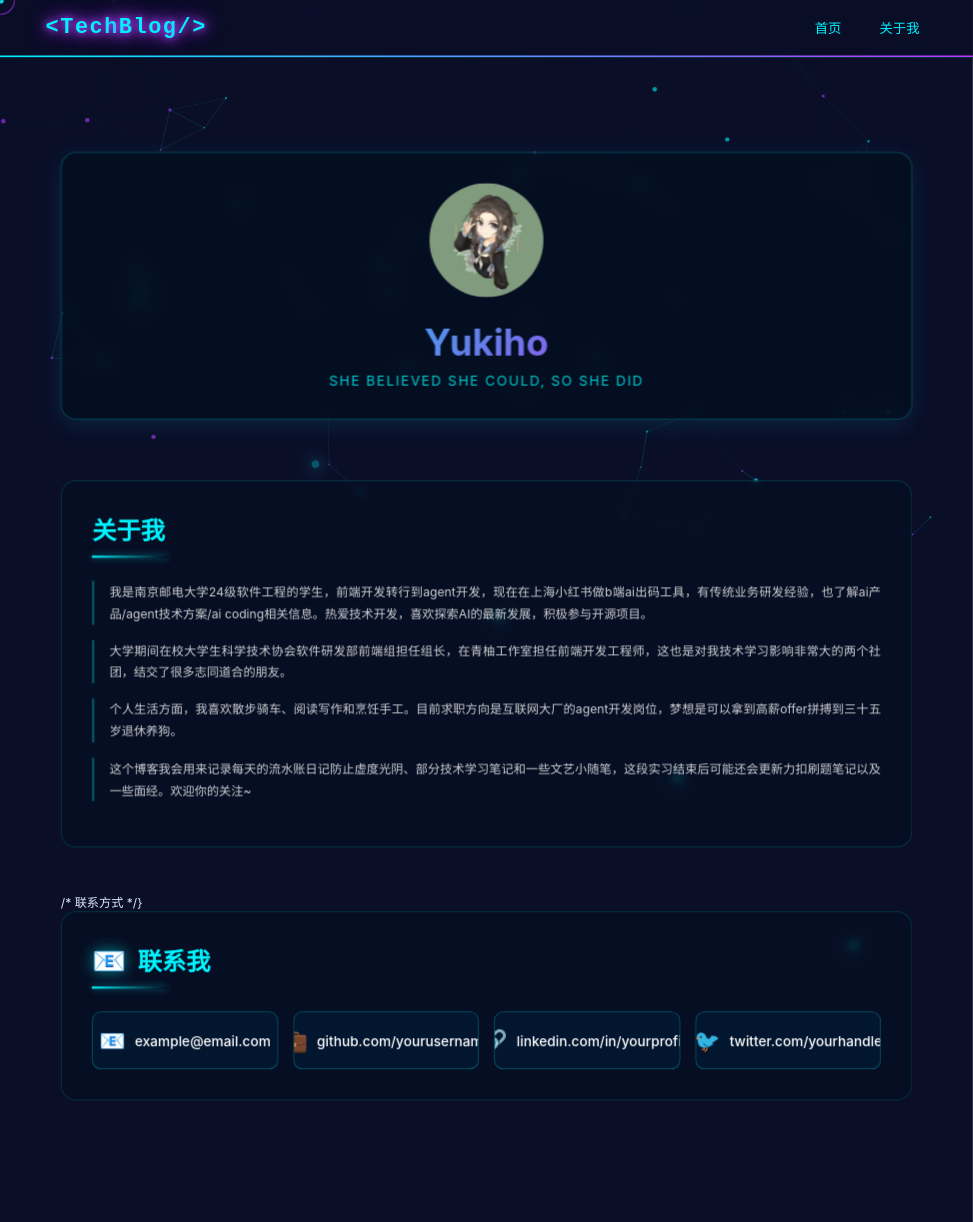
Repository: kyukiho/blog
Page: /about
These files come from the project's save history. The page is drawn as it stood at one moment and after the next save; the edit follows.
The browser window is 1280 px wide. The pictures show the whole page, at 76% of full size.
The project was rebuilt for these pictures with package versions that can differ from the ones it lists, and the page was loaded fresh each time. Also part of the build but not shown: vite.config.js, src/components/BlogList.css, src/components/BlogList.jsx, src/components/BlogDetail.css, src/components/BlogDetail.jsx.

Above is the page before, as saved 2026-03-15 22:12:50.

### index.html
<!DOCTYPE html>
<html lang="zh-CN">
  <head>
    <meta charset="UTF-8" />
    <link rel="icon" type="image/svg+xml" href="/vite.svg" />
    <meta name="viewport" content="width=device-width, initial-scale=1.0" />
    <title>科技博客 - Tech Blog</title>
  </head>
  <body>
    <div id="root"></div>
    <script type="module" src="/src/main.jsx"></script>
  </body>
</html>

### src/App.jsx
import React, { useState, useEffect } from 'react'
import { BrowserRouter as Router, Routes, Route } from 'react-router-dom'
import { motion } from 'framer-motion'
import Header from './components/Header'
import BlogList from './components/BlogList'
import BlogDetail from './components/BlogDetail'
import About from './components/About'
import ParticleBackground from './components/ParticleBackground'
import MouseFollower from './components/MouseFollower'
import './App.css'

function App() {
  return (
    <Router>
      <div className="app">
        <ParticleBackground />
        <MouseFollower />
        <Header />
        <motion.main
          initial={{ opacity: 0 }}
          animate={{ opacity: 1 }}
          transition={{ duration: 0.5 }}
          className="main-content"
        >
          <Routes>
            <Route path="/" element={<BlogList />} />
            <Route path="/blog/:id" element={<BlogDetail />} />
            <Route path="/about" element={<About />} />
          </Routes>
        </motion.main>
      </div>
    </Router>
  )
}

export default App

### src/index.css
* {
  margin: 0;
  padding: 0;
  box-sizing: border-box;
}

:root {
  --bg-primary: #0a0e27;
  --bg-secondary: #151932;
  --text-primary: #e0e6ff;
  --text-secondary: #a0a8cc;
  --accent-cyan: #00f0ff;
  --accent-purple: #b537ff;
  --accent-pink: #ff006e;
  --gradient-1: linear-gradient(135deg, #00f0ff 0%, #b537ff 100%);
  --gradient-2: linear-gradient(135deg, #b537ff 0%, #ff006e 100%);
}

body {
  font-family: -apple-system, BlinkMacSystemFont, 'Segoe UI', 'Roboto', 'Oxygen',
    'Ubuntu', 'Cantarell', 'Fira Sans', 'Droid Sans', 'Helvetica Neue',
    sans-serif;
  -webkit-font-smoothing: antialiased;
  -moz-osx-font-smoothing: grayscale;
  background-color: var(--bg-primary);
  color: var(--text-primary);
  overflow-x: hidden;
}

code {
  font-family: source-code-pro, Menlo, Monaco, Consolas, 'Courier New',
    monospace;
}

a {
  color: var(--accent-cyan);
  text-decoration: none;
  transition: color 0.3s ease;
}

a:hover {
  color: var(--accent-purple);
}

/* Scrollbar Styling */
::-webkit-scrollbar {
  width: 10px;
}

::-webkit-scrollbar-track {
  background: var(--bg-secondary);
}

::-webkit-scrollbar-thumb {
  background: var(--accent-purple);
  border-radius: 5px;
}

::-webkit-scrollbar-thumb:hover {
  background: var(--accent-cyan);
}

/* Selection */
::selection {
  background: var(--accent-purple);
  color: white;
}

/* Code Highlighting */
.hljs {
  background: var(--bg-secondary) !important;
  padding: 1.5rem !important;
  border-radius: 10px;
  overflow-x: auto;
}

### src/components/Header.jsx
import React from 'react'
import { Link } from 'react-router-dom'
import { motion } from 'framer-motion'
import './Header.css'

const Header = () => {
  return (
    <motion.header
      className="header"
      initial={{ y: -100 }}
      animate={{ y: 0 }}
      transition={{ duration: 0.5, type: 'spring' }}
    >
      <div className="header-content">
        <Link to="/" className="logo">
          <motion.span
            className="logo-text glow"
            whileHover={{ scale: 1.05 }}
            whileTap={{ scale: 0.95 }}
          >
            &lt;Tech<span className="logo-accent">Blog</span>/&gt;
          </motion.span>
        </Link>
        <nav className="nav">
          <motion.div
            whileHover={{ scale: 1.1 }}
            whileTap={{ scale: 0.9 }}
          >
            <Link to="/" className="nav-link">首页</Link>
          </motion.div>
          <motion.div
            whileHover={{ scale: 1.1 }}
            whileTap={{ scale: 0.9 }}
          >
            <Link to="/about" className="nav-link">关于我</Link>
          </motion.div>
        </nav>
      </div>
      <div className="header-line"></div>
    </motion.header>
  )
}

export default Header

### src/components/About.jsx
import React, { useState } from 'react'
import { motion } from 'framer-motion'
import './About.css'

const About = () => {

  const containerVariants = {
    hidden: { opacity: 0 },
    visible: {
      opacity: 1,
      transition: {
        staggerChildren: 0.2
      }
    }
  }

  const itemVariants = {
    hidden: { x: -50, opacity: 0 },
    visible: {
      x: 0,
      opacity: 1,
      transition: {
        type: 'spring',
        stiffness: 100
      }
    }
  }


  return (
    <div className="about-container">
      <motion.div
        className="about-content"
        variants={containerVariants}
        initial="hidden"
        animate="visible"
      >
        {/* 个人简介卡片 */}
        <motion.div className="profile-card" variants={itemVariants}>
          <motion.div
            className="profile-avatar"
            whileHover={{ scale: 1.1, rotate: 360 }}
            transition={{ duration: 0.5 }}
          >
            <img
              src="/imgs/touxiang.jpg"
              alt="头像"
              className="avatar-img"
              style={{ width: '100%', height: '100%', borderRadius: '50%' }}
            />
          </motion.div>
          <h1 className="profile-name">
            <motion.span
              initial={{ opacity: 0, y: 20 }}
              animate={{ opacity: 1, y: 0 }}
              transition={{ delay: 0.3 }}
            >
              Yukiho
            </motion.span>
          </h1>
          <p className="profile-title">She believed she could, so she did</p>
        </motion.div>

        {/* 关于我 */}
        <motion.section className="about-section" variants={itemVariants}>
          <h2 className="section-title">
            关于我
          </h2>
          <div className="about-text">
            <p>
              我是南京邮电大学24级软件工程的学生，前端开发转行到agent开发，现在在上海小红书做b端ai出码工具，有传统业务研发经验，也了解ai产品/agent技术方案/ai coding相关信息。热爱技术开发，喜欢探索AI的最新发展，积极参与开源项目。
            </p>
            <p>
              大学期间在校大学生科学技术协会软件研发部前端组担任组长，在青柚工作室担任前端开发工程师，这也是对我技术学习影响非常大的两个社团，结交了很多志同道合的朋友。
            </p>
            <p>
              个人生活方面，我喜欢散步骑车、阅读写作和烹饪手工。目前求职方向是互联网大厂的agent开发岗位，梦想是可以拿到高薪offer拼搏到三十五岁退休养狗。
            </p>
            <p>
              这个博客我会用来记录每天的流水账日记防止虚度光阴、部分技术学习笔记和一些文艺小随笔，这段实习结束后可能还会更新力扣刷题笔记以及一些面经。欢迎你的关注~
            </p>
          </div>
        </motion.section>

        /* 联系方式 */}
          <motion.section className="contact-section" variants={itemVariants}>
            <h2 className="section-title">
              <span className="title-icon">📧</span>
              联系我
            </h2>
            <div className="contact-links">
              {[
                { icon: '📧', text: 'example@email.com', href: 'mailto:example@email.com' },
                { icon: '💼', text: 'github.com/yourusername', href: 'https://github.com/yourusername' },
                { icon: '🔗', text: 'linkedin.com/in/yourprofile', href: 'https://linkedin.com/in/yourprofile' },
                { icon: '🐦', text: 'twitter.com/yourhandle', href: 'https://twitter.com/yourhandle' }
              ].map((link, index) => (
                <motion.a
            key={link.text}
            href={link.href}
            className="contact-link"
            whileHover={{ scale: 1.15, y: -5 }}
            whileTap={{ scale: 0.95 }}
            initial={{ opacity: 0, y: 20 }}
            animate={{ opacity: 1, y: 0 }}
            transition={{ delay: 0.7 + index * 0.1 }}
            target="_blank"
            rel="noopener noreferrer"
                >
            <span className="contact-icon">{link.icon}</span>
            <span className="contact-text">{link.text}</span>
                </motion.a>
              ))}
            </div>
          </motion.section>
              </motion.div>

              {/* 装饰性动画元素 */}
      <div className="decorative-elements">
        {[...Array(5)].map((_, i) => (
          <motion.div
            key={i}
            className="floating-element"
            animate={{
              y: [0, -30, 0],
              x: [0, 15, 0],
              rotate: [0, 180, 360]
            }}
            transition={{
              duration: 5 + i,
              repeat: Infinity,
              ease: 'easeInOut',
              delay: i * 0.5
            }}
            style={{
              left: `${10 + i * 20}%`,
              top: `${20 + i * 15}%`
            }}
          />
        ))}
      </div>
    </div>
  )
}

export default About

### src/components/ParticleBackground.jsx
import React, { useEffect, useRef } from 'react'
import './ParticleBackground.css'

const ParticleBackground = () => {
  const canvasRef = useRef(null)

  useEffect(() => {
    const canvas = canvasRef.current
    const ctx = canvas.getContext('2d')
    let animationFrameId
    let particles = []

    // 设置画布大小
    const resizeCanvas = () => {
      canvas.width = window.innerWidth
      canvas.height = window.innerHeight
    }
    resizeCanvas()
    window.addEventListener('resize', resizeCanvas)

    // 粒子类
    class Particle {
      constructor() {
        this.x = Math.random() * canvas.width
        this.y = Math.random() * canvas.height
        this.size = Math.random() * 2 + 1
        this.speedX = Math.random() * 0.5 - 0.25
        this.speedY = Math.random() * 0.5 - 0.25
        this.color = Math.random() > 0.5 ? '#00f0ff' : '#b537ff'
      }

      update() {
        this.x += this.speedX
        this.y += this.speedY

        if (this.x > canvas.width) this.x = 0
        if (this.x < 0) this.x = canvas.width
        if (this.y > canvas.height) this.y = 0
        if (this.y < 0) this.y = canvas.height
      }

      draw() {
        ctx.fillStyle = this.color
        ctx.beginPath()
        ctx.arc(this.x, this.y, this.size, 0, Math.PI * 2)
        ctx.fill()
      }
    }

    // 初始化粒子
    const initParticles = () => {
      particles = []
      const particleCount = Math.floor((canvas.width * canvas.height) / 15000)
      for (let i = 0; i < particleCount; i++) {
        particles.push(new Particle())
      }
    }
    initParticles()

    // 连接粒子
    const connectParticles = () => {
      for (let i = 0; i < particles.length; i++) {
        for (let j = i + 1; j < particles.length; j++) {
          const dx = particles[i].x - particles[j].x
          const dy = particles[i].y - particles[j].y
          const distance = Math.sqrt(dx * dx + dy * dy)

          if (distance < 120) {
            ctx.strokeStyle = `rgba(0, 240, 255, ${1 - distance / 120})`
            ctx.lineWidth = 0.5
            ctx.beginPath()
            ctx.moveTo(particles[i].x, particles[i].y)
            ctx.lineTo(particles[j].x, particles[j].y)
            ctx.stroke()
          }
        }
      }
    }

    // 动画循环
    const animate = () => {
      ctx.clearRect(0, 0, canvas.width, canvas.height)

      particles.forEach(particle => {
        particle.update()
        particle.draw()
      })

      connectParticles()
      animationFrameId = requestAnimationFrame(animate)
    }
    animate()

    return () => {
      window.removeEventListener('resize', resizeCanvas)
      cancelAnimationFrame(animationFrameId)
    }
  }, [])

  return <canvas ref={canvasRef} className="particle-canvas" />
}

export default ParticleBackground

### src/components/MouseFollower.jsx
import React, { useEffect, useRef } from 'react'
import './MouseFollower.css'

const MouseFollower = () => {
  const followerRef = useRef(null)
  const cursorRef = useRef(null)
  const mousePos = useRef({ x: 0, y: 0 })
  const followerPos = useRef({ x: 0, y: 0 })

  useEffect(() => {
    const handleMouseMove = (e) => {
      mousePos.current = { x: e.clientX, y: e.clientY }

      if (cursorRef.current) {
        cursorRef.current.style.left = `${e.clientX}px`
        cursorRef.current.style.top = `${e.clientY}px`
      }
    }

    const animate = () => {
      // 平滑跟随效果
      followerPos.current.x += (mousePos.current.x - followerPos.current.x) * 0.1
      followerPos.current.y += (mousePos.current.y - followerPos.current.y) * 0.1

      if (followerRef.current) {
        followerRef.current.style.left = `${followerPos.current.x}px`
        followerRef.current.style.top = `${followerPos.current.y}px`
      }

      requestAnimationFrame(animate)
    }

    window.addEventListener('mousemove', handleMouseMove)
    animate()

    // 鼠标悬停在可点击元素上时的效果
    const handleMouseEnter = () => {
      if (followerRef.current) {
        followerRef.current.style.transform = 'translate(-50%, -50%) scale(1.5)'
      }
    }

    const handleMouseLeave = () => {
      if (followerRef.current) {
        followerRef.current.style.transform = 'translate(-50%, -50%) scale(1)'
      }
    }

    const clickableElements = document.querySelectorAll('a, button, .blog-card')
    clickableElements.forEach(el => {
      el.addEventListener('mouseenter', handleMouseEnter)
      el.addEventListener('mouseleave', handleMouseLeave)
    })

    return () => {
      window.removeEventListener('mousemove', handleMouseMove)
      clickableElements.forEach(el => {
        el.removeEventListener('mouseenter', handleMouseEnter)
        el.removeEventListener('mouseleave', handleMouseLeave)
      })
    }
  }, [])

  return (
    <>
      <div ref={cursorRef} className="mouse-cursor"></div>
      <div ref={followerRef} className="mouse-follower"></div>
    </>
  )
}

export default MouseFollower

### src/App.css
.app {
  min-height: 100vh;
  position: relative;
}

.main-content {
  position: relative;
  z-index: 10;
  max-width: 1200px;
  margin: 0 auto;
  padding: 100px 20px 50px;
}

/* Glowing effect */
.glow {
  animation: glow 2s ease-in-out infinite alternate;
}

@keyframes glow {
  from {
    text-shadow: 0 0 5px #00f0ff, 0 0 10px #00f0ff, 0 0 15px #00f0ff;
  }
  to {
    text-shadow: 0 0 10px #b537ff, 0 0 20px #b537ff, 0 0 30px #b537ff;
  }
}

/* Hover effects */
.hover-lift {
  transition: transform 0.3s ease, box-shadow 0.3s ease;
}

.hover-lift:hover {
  transform: translateY(-5px);
  box-shadow: 0 10px 30px rgba(181, 55, 255, 0.3);
}

### src/components/Header.css
.header {
  position: fixed;
  top: 0;
  left: 0;
  right: 0;
  z-index: 1000;
  background: rgba(10, 14, 39, 0.8);
  backdrop-filter: blur(10px);
  border-bottom: 1px solid rgba(0, 240, 255, 0.2);
}

.header-content {
  max-width: 1200px;
  margin: 0 auto;
  padding: 20px;
  display: flex;
  justify-content: space-between;
  align-items: center;
}

.logo-text {
  font-size: 1.8rem;
  font-weight: 700;
  font-family: 'Courier New', monospace;
  letter-spacing: 2px;
}

.logo-accent {
  color: var(--accent-cyan);
}

.nav {
  display: flex;
  gap: 30px;
}

.nav-link {
  font-size: 1.1rem;
  font-weight: 500;
  position: relative;
  padding: 5px 10px;
}

.nav-link::after {
  content: '';
  position: absolute;
  bottom: 0;
  left: 0;
  width: 0;
  height: 2px;
  background: var(--gradient-1);
  transition: width 0.3s ease;
}

.nav-link:hover::after {
  width: 100%;
}

.header-line {
  height: 2px;
  background: var(--gradient-1);
  width: 0;
  animation: expandLine 1s ease-out 0.5s forwards;
}

@keyframes expandLine {
  to {
    width: 100%;
  }
}

### src/components/ParticleBackground.css
.particle-canvas {
  position: fixed;
  top: 0;
  left: 0;
  width: 100%;
  height: 100%;
  z-index: 1;
  pointer-events: none;
  opacity: 0.6;
}

### src/components/MouseFollower.css
.mouse-cursor {
  position: fixed;
  width: 10px;
  height: 10px;
  border-radius: 50%;
  background: var(--accent-cyan);
  pointer-events: none;
  z-index: 9999;
  transform: translate(-50%, -50%);
  mix-blend-mode: screen;
  transition: width 0.3s, height 0.3s;
}

.mouse-follower {
  position: fixed;
  width: 40px;
  height: 40px;
  border: 2px solid var(--accent-purple);
  border-radius: 50%;
  pointer-events: none;
  z-index: 9998;
  transform: translate(-50%, -50%);
  transition: transform 0.3s ease;
  opacity: 0.5;
}

/* 隐藏默认光标 */
body,
a,
button,
.blog-card {
  cursor: none !important;
}

Loaded but not shown: src/main.jsx (common file); src/components/About.css (380 lines, source omitted)

After the next save:
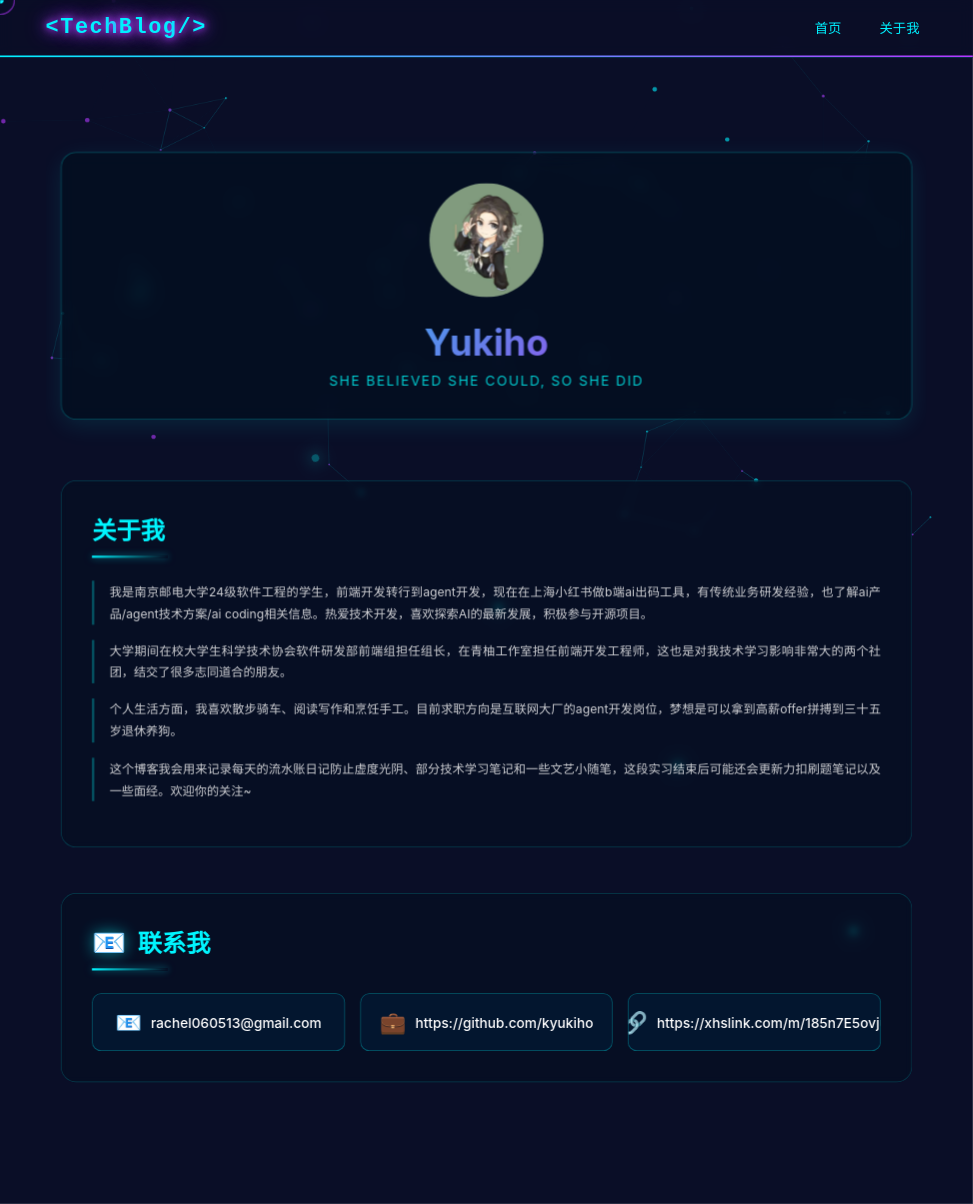
Saved 2 min 57 s later.
--- a/src/components/About.jsx
+++ b/src/components/About.jsx
@@ -82,7 +82,7 @@ const About = () => {
           </div>
         </motion.section>
 
-        /* 联系方式 */}
+        {/* 联系方式 */}
           <motion.section className="contact-section" variants={itemVariants}>
             <h2 className="section-title">
               <span className="title-icon">📧</span>
@@ -90,10 +90,9 @@ const About = () => {
             </h2>
             <div className="contact-links">
               {[
-                { icon: '📧', text: 'example@email.com', href: 'mailto:example@email.com' },
-                { icon: '💼', text: 'github.com/yourusername', href: 'https://github.com/yourusername' },
-                { icon: '🔗', text: 'linkedin.com/in/yourprofile', href: 'https://linkedin.com/in/yourprofile' },
-                { icon: '🐦', text: 'twitter.com/yourhandle', href: 'https://twitter.com/yourhandle' }
+                { icon: '📧', text: 'rachel060513@gmail.com' },
+                { icon: '💼', text: 'https://github.com/kyukiho', href: 'https://github.com/kyukiho' },
+                { icon: '🔗', text: 'https://xhslink.com/m/185n7E5ovju', href: 'https://xhslink.com/m/185n7E5ovju' },
               ].map((link, index) => (
                 <motion.a
             key={link.text}
